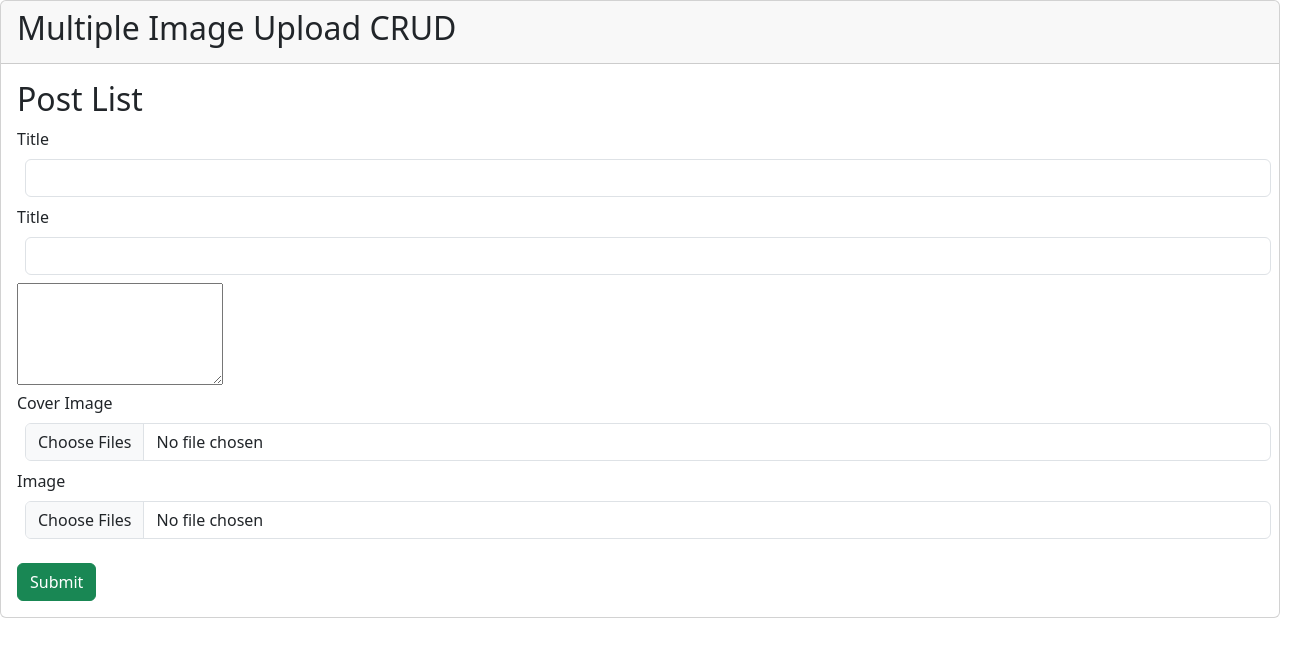
Repository: rkrukshan/Multiple-Image-Upload
Page: http://localhost/create
An editor plug-in stored every save of this project. The page is shown before and after a run of saves, followed by the edit.
The browser window is 1280 px wide. The page is 1292 px wide, so the pictures cover 1292 px, including what lies to the right of the window. The pictures show the whole page.
The page is served by the project's Laravel application, run on PHP 8.4 with Laravel 10. Other server files are loaded and not shown.

Above is the page before, as saved 2023-11-06 14:45:56.

### app/Providers/AppServiceProvider.php
<?php

namespace App\Providers;

use Illuminate\Support\Facades\Schema;
use Illuminate\Support\ServiceProvider;

class AppServiceProvider extends ServiceProvider
{
    /**
     * Register any application services.
     */
    public function register(): void
    {
        //
    }

    /**
     * Bootstrap any application services.
     */
    public function boot(): void
    {
       Schema::defaultStringLength(191);
    }
}

### routes/web.php
<?php

use App\Http\Controllers\PostController;
use Illuminate\Support\Facades\Route;

/*
|--------------------------------------------------------------------------
| Web Routes
|--------------------------------------------------------------------------
|
| Here is where you can register web routes for your application. These
| routes are loaded by the RouteServiceProvider and all of them will
| be assigned to the "web" middleware group. Make something great!
|
*/

// Route::get('/', function () {
//     return view('welcome');
// });



Route::get('/', [PostController::class, 'index'])->name('album.index');
Route::get('/create', [PostController::class, 'create'])->name('album.create');

### app/Http/Controllers/PostController.php
<?php

namespace App\Http\Controllers;

use Illuminate\Http\Request;

class PostController extends Controller
{
    /**
     * Display a listing of the resource.
     */
    public function index()
    {
        return view('album.index');
    }

    /**
     * Show the form for creating a new resource.
     */
    public function create()
    {
        return view('album.create');
    }

    /**
     * Store a newly created resource in storage.
     */
    public function store(Request $request)
    {

    }

    /**
     * Display the specified resource.
     */
    public function show(string $id)
    {
        //
    }

    /**
     * Show the form for editing the specified resource.
     */
    public function edit(string $id)
    {
        //
    }

    /**
     * Update the specified resource in storage.
     */
    public function update(Request $request, string $id)
    {
        //
    }

    /**
     * Remove the specified resource from storage.
     */
    public function destroy(string $id)
    {
        //
    }
}

### resources/views/album/create.blade.php
<!doctype html>
<html lang="en">
  <head>
    <meta charset="utf-8">
    <meta name="viewport" content="width=device-width, initial-scale=1">
    <title>Bootstrap demo</title>
    <link href="https://cdn.jsdelivr.net/npm/bootstrap@5.3.2/dist/css/bootstrap.min.css" rel="stylesheet" integrity="sha384-T3c6CoIi6uLrA9TneNEoa7RxnatzjcDSCmG1MXxSR1GAsXEV/Dwwykc2MPK8M2HN" crossorigin="anonymous">
  </head>
  <body>
    <div class="row">
        <div class="col-12">
            <div class="card">
                <div class="card-header">
                    <h2>Multiple Image Upload CRUD</h2>
                </div>
                <div class="card-body">
                    <h2>Post List</h2>
                   <form action="" method="post" enctype="multipart/form-data">
                    @csrf
                    <label for="title">Title</label>
                    <input type="text" name="title" class="form-control m-2">
                    <label for="title">Title</label>
                    <input type="text" name="author" class="form-control m-2">
                    <textarea name="body" id="body" cols="20" rows="4"></textarea><br>
                    <label for="m-2">Cover Image</label>
                    <input type="file" id="input-file-now-custom-3" class="form-control m-2" name="cover" multiple>
                    <label for="m-2">Image</label>
                    <input type="file" id="input-file-now-custom-3" class="form-control m-2" name="images[]" multiple>
                    <button type="submit" class="btn btn-success mt-3">Submit</button>
                </form>
                </div>
            </div>
        </div>
    </div>
        <script src="https://cdn.jsdelivr.net/npm/bootstrap@5.3.2/dist/js/bootstrap.bundle.min.js" integrity="sha384-C6RzsynM9kWDrMNeT87bh95OGNyZPhcTNXj1NW7RuBCsyN/o0jlpcV8Qyq46cDfL" crossorigin="anonymous"></script>
  </body>
</html>

Loaded but not shown: app/Http/Controllers/Controller.php (common file)

After the next 2 saves:
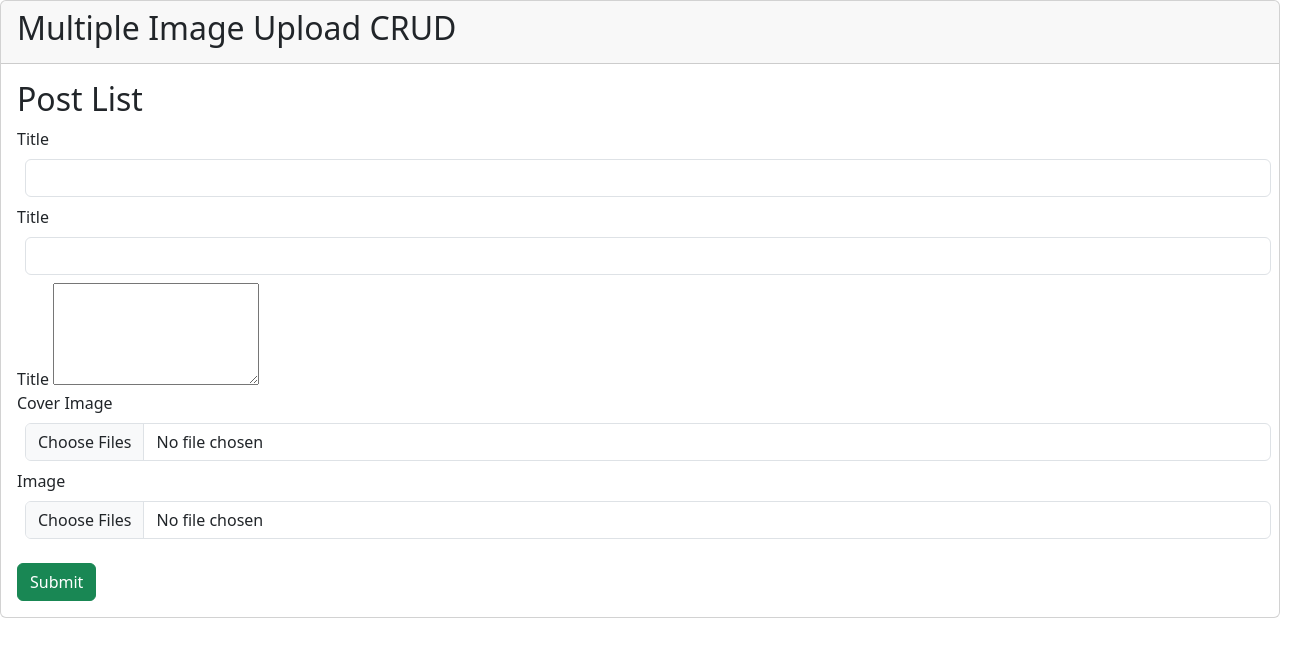
The 2 saves are shown as one change because they came seconds apart.
The last was saved 36 s later.
--- a/resources/views/album/create.blade.php
+++ b/resources/views/album/create.blade.php
@@ -21,6 +21,7 @@
                     <input type="text" name="title" class="form-control m-2">
                     <label for="title">Title</label>
                     <input type="text" name="author" class="form-control m-2">
+                    <label for="title">Title</label>
                     <textarea name="body" id="body" cols="20" rows="4"></textarea><br>
                     <label for="m-2">Cover Image</label>
                     <input type="file" id="input-file-now-custom-3" class="form-control m-2" name="cover" multiple>
